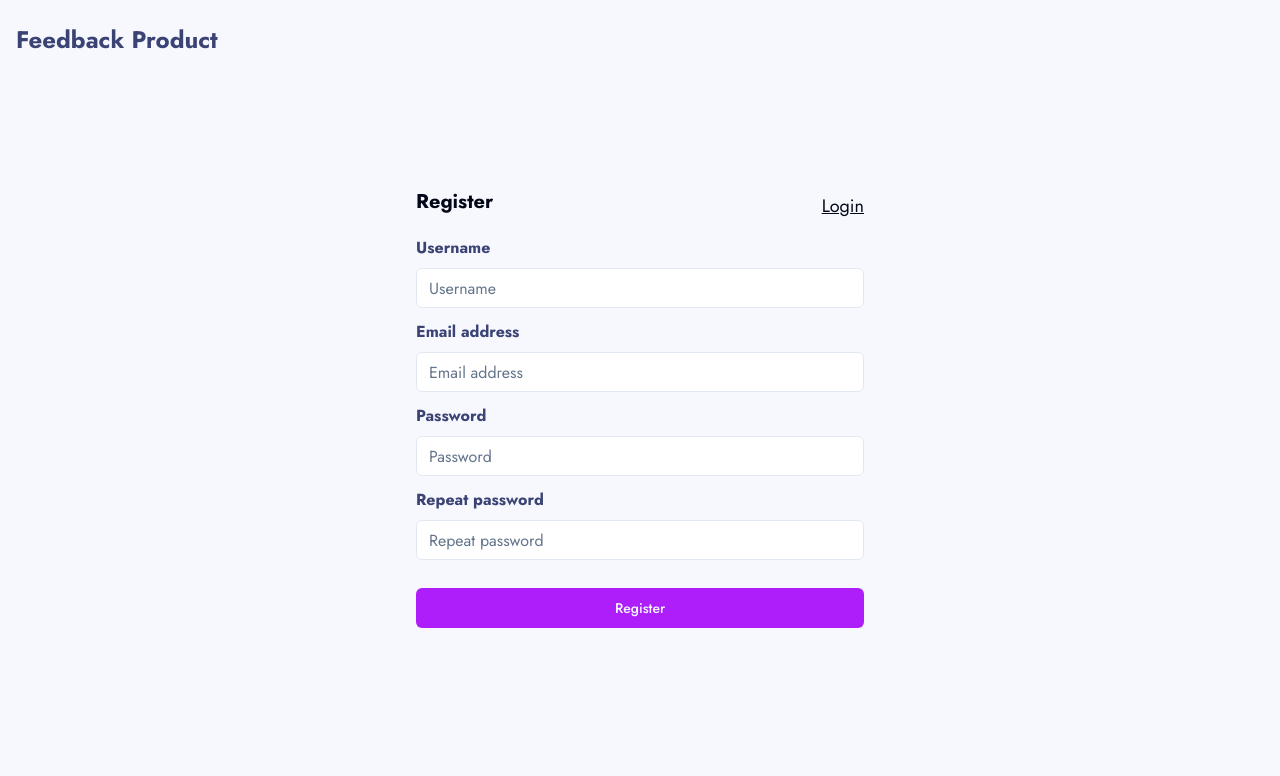
Repository: KornelJanczak/product-feedback-app
Page: /register
The author's editor kept a copy of each file at every save. The page is drawn from the files as they stood at one save, then again after the next save.
The browser window is 1280 px wide. The pictures show the whole page.
The page's requests for data from a server got no answer. The project was rebuilt for these pictures with package versions that can differ from the ones it lists, and the page was loaded fresh each time. The framework's server and built-in components were replaced by stand-ins that run in the browser. No one was signed in, and anything a server would have sent is missing. Also part of the build but not shown: next.config.js, next.config.mjs.

Above is the page before, as saved 2024-01-28 19:49:07.

### app/layout.tsx
import type { Metadata } from "next";
import { Jost } from "next/font/google";
import { Toaster } from "sonner";
import "./globals.css";
import { authOptions } from "@/app/api/auth/[...nextauth]/options";
import { getServerSession } from "next-auth";
import AuthProvider from "@/providers/session-provider";

export const jost = Jost({
  subsets: ["latin"],
});

export const metadata: Metadata = {
  title: "Product Feedback",
  description: "Create your own section!",
};

export default async function RootLayout({
  children,
}: Readonly<{
  children: React.ReactNode;
}>) {
  const session = await getServerSession(authOptions);

  return (
    <html lang="en">
      <body
        className={`${jost.className} bg-darkWhite`}
        suppressHydrationWarning={true}
      >
        <AuthProvider session={session}>
          <Toaster position="top-center" />
          {children}
        </AuthProvider>
      </body>
    </html>
  );
}

### app/(auth)/layout.tsx
import { ReactNode } from "react";

export default function Layout({ children }: { children: ReactNode }) {
  return (
    <>
      <header className="container text-2xl font-bold text-secondDark pt-6">
        <h2>Feedback Product</h2>
      </header>
      {children}
    </>
  );
}

### app/(auth)/register/page.tsx
import FormAuth from "../_components/register-form";

export default function RegisterPage() {
  return <FormAuth />;
}

### app/globals.css
@tailwind base;
@tailwind components;
@tailwind utilities;

* {
  margin: 0;
  padding: 0;
}

@layer base {
  :root {
    --background: 0 0% 100%;
    --foreground: 222.2 84% 4.9%;

    --card: 0 0% 100%;
    --card-foreground: 222.2 84% 4.9%;

    --popover: 0 0% 100%;
    --popover-foreground: 222.2 84% 4.9%;

    --primary: 222.2 47.4% 11.2%;
    --primary-foreground: 210 40% 98%;

    --secondary: 210 40% 96.1%;
    --secondary-foreground: 222.2 47.4% 11.2%;

    --muted: 210 40% 96.1%;
    --muted-foreground: 215.4 16.3% 46.9%;

    --accent: 210 40% 96.1%;
    --accent-foreground: 222.2 47.4% 11.2%;

    --destructive: 0 84.2% 60.2%;
    --destructive-foreground: 210 40% 98%;

    --border: 214.3 31.8% 91.4%;
    --input: 214.3 31.8% 91.4%;
    --ring: 222.2 84% 4.9%;

    --radius: 0.5rem;
  }

  .dark {
    --background: 222.2 84% 4.9%;
    --foreground: 210 40% 98%;

    --card: 222.2 84% 4.9%;
    --card-foreground: 210 40% 98%;

    --popover: 222.2 84% 4.9%;
    --popover-foreground: 210 40% 98%;

    --primary: 210 40% 98%;
    --primary-foreground: 222.2 47.4% 11.2%;

    --secondary: 217.2 32.6% 17.5%;
    --secondary-foreground: 210 40% 98%;

    --muted: 217.2 32.6% 17.5%;
    --muted-foreground: 215 20.2% 65.1%;

    --accent: 217.2 32.6% 17.5%;
    --accent-foreground: 210 40% 98%;

    --destructive: 0 62.8% 30.6%;
    --destructive-foreground: 210 40% 98%;

    --border: 217.2 32.6% 17.5%;
    --input: 217.2 32.6% 17.5%;
    --ring: 212.7 26.8% 83.9%;
  }
}

@layer base {
  * {
    @apply border-border;
  }
  body {
    @apply bg-background text-foreground;
  }
}

### app/api/auth/[...nextauth]/options.ts
import NextAuth, { NextAuthOptions } from "next-auth";
import GithubProvider from "next-auth/providers/github";
import CredentialsProvider from "next-auth/providers/credentials";
import { PrismaAdapter } from "@next-auth/prisma-adapter";
import bcryptjs from "bcryptjs";
import prisma from "@/lib/db";

export const authOptions: NextAuthOptions = {
  adapter: PrismaAdapter(prisma),
  session: {
    strategy: "jwt",
  },
  secret: process.env.NEXTAUTH_SECRET,
  pages: {
    signIn: "/login",
  },
  providers: [
    GithubProvider({
      clientId: process.env.GITHUB_ID as string,
      clientSecret: process.env.GITHUB_SECRET as string,
    }),
    CredentialsProvider({
      name: "credentials",
      credentials: {},
      async authorize(credentials) {
        try {
          const { email, password } = credentials as {
            email: string;
            password: string;
          };

          console.log(email, password);
          const user = await prisma?.user.findFirst({
            where: {
              email,
            },
          });

          if (!user) return null;

          const passwordMatch = await bcryptjs.compare(
            password,
            user.password as string
          );

          if (!passwordMatch) return null;

          return user;
        } catch {
          return null;
        }
      },
    }),
  ],
  callbacks: {
    async signIn({ user, account }) {
      if (account?.provider == "credentials") return user;

      if (account?.provider === "github") {
        try {
          const existingUser = await prisma.user.findFirst({
            where: {
              email: user.email as string,
            },
          });

          if (existingUser) return existingUser;

          const newUser = await prisma.user.create({
            data: {
              userName: user.name!,
              email: user.email!,
            },
          });

          return newUser as any;
        } catch {
          return false;
        }
      }
    },
    async jwt({ token }) {
      const dbUser = await prisma.user.findFirst({
        where: {
          email: token.email as string,
        },
      });

      if (!dbUser) return token;

      return {
        id: dbUser.id,
        email: dbUser.email,
        name: dbUser.userName,
      };
    },

    async session({ token, session }) {
      if (token) {
        return {
          ...session,
          user: {
            email: token.email,
            name: token.name,
            id: token.id,
          },
        };
      }
      return session;
    },
    async redirect({ url, baseUrl }) {
      // if (url.startsWith("/")) return `${baseUrl}`;
      // // Allows callback URLs on the same origin
      // else if (new URL(url).origin === baseUrl) return baseUrl;
      // return baseUrl;
      return "/";
    },
  },
};

export default NextAuth(authOptions);

### providers/session-provider.tsx
"use client";
import { SessionProvider } from "next-auth/react";
import { ReactNode } from "react";
export default function AuthProvider({
  children,
  session,
}: {
  children: ReactNode;
  session: any;
}) {
  return <SessionProvider session={session}>{children}</SessionProvider>;
}

### app/(auth)/_components/register-form.tsx
"use client";
import createUser from "@/server-actions/create-user";
import { registerFormSchema } from "@/models/@auth-schema";
import { zodResolver } from "@hookform/resolvers/zod";
import { useForm, SubmitHandler } from "react-hook-form";
import SubmitBtn from "./submit-btn";
import {
  Form,
  FormControl,
  FormField,
  FormItem,
  FormLabel,
  FormMessage,
} from "@/components/ui/form";
import { Input } from "@/components/ui/input";
import * as z from "zod";
import { useRouter } from "next/navigation";
import { toast } from "sonner";
import { useState } from "react";

type Inputs = z.infer<typeof registerFormSchema>;

export default function RegisterForm() {
  const router = useRouter();
  const [pending, setPending] = useState<boolean>(false);

  const form = useForm<z.infer<typeof registerFormSchema>>({
    resolver: zodResolver(registerFormSchema),
    resetOptions: {
      keepTouched: true,
    },
    defaultValues: {
      username: "",
      email: "",
      password: "",
      repeatPassword: "",
    },
  });

  const processForm: SubmitHandler<Inputs> = async (data) => {
    setPending(true);
    try {
      const user = await createUser(data);
      if (!user) toast.error("Something went wrong");
      toast.success("Your account has been registered!");
      router.push("/login");
    } catch {
      toast.error("Something went wrong");
    } finally {
      form.reset();
      setPending(false);
    }
  };

  return (
    <section className="container h-screen flex items-center justify-center pb-4 ">
      <Form {...form}>
        <form
          className="max-w-md w-full"
          onSubmit={form.handleSubmit(processForm)}
        >
          <div className="flex justify-between items-center">
            <h3 className="font-bold text-xl pb-2">Register</h3>
            <span
              className="text-lg cursor-pointer underline hover:transition duration-300"
              onClick={() => router.push("/login")}
            >
              Login
            </span>
          </div>
          <FormField
            control={form.control}
            name="username"
            render={({ field }) => (
              <FormItem className="pt-2 md:pt-3">
                <FormLabel className="md:text-base">Username</FormLabel>
                <FormControl>
                  <Input
                    placeholder="Username"
                    {...field}
                    className="md:text-base"
                    type="text"
                    required
                  />
                </FormControl>
                <FormMessage className="md:text-base" />
              </FormItem>
            )}
          />
          <FormField
            control={form.control}
            name="email"
            render={({ field }) => (
              <FormItem className="pt-2 md:pt-3">
                <FormLabel className="md:text-base">Email address</FormLabel>
                <FormControl>
                  <Input
                    placeholder="Email address"
                    {...field}
                    className="md:text-base"
                    type="email"
                    required
                  />
                </FormControl>
                <FormMessage className="md:text-base" />
              </FormItem>
            )}
          />
          <FormField
            control={form.control}
            name="password"
            render={({ field }) => (
              <FormItem className="pt-2 md:pt-3">
                <FormLabel className="md:text-base">Password</FormLabel>
                <FormControl>
                  <Input
                    placeholder="Password"
                    {...field}
                    className="md:text-base"
                    type="password"
                    required
                  />
                </FormControl>
                <FormMessage className="md:text-base" />
              </FormItem>
            )}
          />
          <FormField
            control={form.control}
            name="repeatPassword"
            render={({ field }) => (
              <FormItem className="pt-2 md:pt-3">
                <FormLabel className="md:text-base">Repeat password</FormLabel>
                <FormControl>
                  <Input
                    placeholder="Repeat password"
                    {...field}
                    className="md:text-base"
                    type="password"
                    required
                  />
                </FormControl>
                <FormMessage className="md:text-base" />
              </FormItem>
            )}
          />
          <SubmitBtn pending={pending}>Register</SubmitBtn>
        </form>
      </Form>
    </section>
  );
}

### server-actions/create-user.ts
"use server";
import { registerFormSchema } from "@/models/@auth-schema";
import prisma from "@/lib/db";
import * as z from "zod";
import bcryptjs from "bcryptjs";

type Inputs = z.infer<typeof registerFormSchema>;
export default async function createUser(values: Inputs) {
  try {
    const validateFields = registerFormSchema.safeParse(values);

    if (!validateFields.success)
      return { error: validateFields.error.flatten().fieldErrors };

    const existingUser = await prisma.user.findFirst({
      where: {
        email: values.email,
      },
    });

    if (existingUser) throw new Error("User already existing!");

    const hashPass = await bcryptjs.hash(values.password, 10);

    const user = await prisma.user.create({
      data: {
        userName: values.username,
        email: values.email,
        password: hashPass,
      },
    });
    return user;
  } catch (err) {
    throw new Error("Failed to create account!");
  }
}

### models/@auth-schema.ts
import * as z from "zod";

const validation = {
  email: z.string().email({ message: "Email must contain @ symbol." }),
  password: z
    .string()
    .min(5, { message: "Password must contain at lesat 5 symbol" })
    .regex(/[A-Z]/, {
      message: "Password must contain at least one uppercase letter.",
    })
    .regex(/[a-z]/, {
      message: "Password must contain at least one lowercase letter.",
    })
    .regex(/[0-9]/, { message: "Password must contain at least one digit." })
    .regex(/[@#$%^&+=!]/, {
      message: "Password must contain at least one special character.",
    }),
};

export const registerFormSchema = z
  .object({
    username: z.string().min(2, {
      message: "Username must be at least 2 characters.",
    }),
    ...validation,
    repeatPassword: z.string(),
  })
  .refine((data) => data.password === data.repeatPassword, {
    message: "Passwords do not match.",
  });

export const loginFormSchema = z.object({ ...validation });

### app/(auth)/_components/submit-btn.tsx
"use client";
import React from "react";
import ClipLoader from "react-spinners/ClipLoader";
import { Button } from "@/components/ui/button";
import { ReactNode } from "react";

interface SubmitBtnProps {
  className?: string;
  pending?: boolean;
  children: ReactNode;
}

const SubmitBtn: React.FC<SubmitBtnProps> = React.memo(
  ({ className, children, pending }) => {
    return (
      <Button
        className={`mt-5 w-full bg-pink hover:opacity-70 hover:bg-pink hover:transition duration-300 lg:mt-7 ${className}`}
        type="submit"
        aria-disabled={pending}
      >
        {pending ? <ClipLoader size={24} color="#3A4374" /> : children}
      </Button>
    );
  }
);

SubmitBtn.displayName = "SubmitBtn";

export default SubmitBtn;

### components/ui/input.tsx
import * as React from "react";

import { cn } from "@/lib/utils";

export interface InputProps
  extends React.InputHTMLAttributes<HTMLInputElement> {}

const Input = React.forwardRef<HTMLInputElement, InputProps>(
  ({ className, type, ...props }, ref) => {
    return (
      <input
        type={type}
        className={cn(
          "hover:border-blue focus:border-transparent text-grey flex h-10 w-full rounded-md border border-input bg-background px-3 py-2 text-sm ring-offset-background file:border-0 file:bg-transparent file:text-sm file:font-medium placeholder:text-muted-foreground focus-visible:outline-none focus-visible:ring-2 focus-visible:ring-ring focus-visible:ring-offset-2 disabled:cursor-not-allowed disabled:opacity-50",
          className
        )}
        ref={ref}
        {...props}
      />
    );
  }
);
Input.displayName = "Input";

export { Input };

### components/ui/button.tsx
import * as React from "react";
import { Slot } from "@radix-ui/react-slot";
import { cva, type VariantProps } from "class-variance-authority";

import { cn } from "@/lib/utils";

const buttonVariants = cva(
  "inline-flex items-center justify-center whitespace-nowrap rounded-md text-sm font-medium ring-offset-background transition-colors focus-visible:outline-none focus-visible:ring-2 focus-visible:ring-ring focus-visible:ring-offset-2 disabled:pointer-events-none disabled:opacity-50",
  {
    variants: {
      variant: {
        default: "bg-primary text-primary-foreground hover:bg-primary/90",
        destructive:
          "bg-destructive text-destructive-foreground hover:bg-destructive/90",
        outline:
          "border border-input bg-background hover:bg-accent hover:text-accent-foreground",
        secondary:
          "bg-secondary text-secondary-foreground hover:bg-secondary/80",
        ghost: "hover:bg-accent hover:text-accent-foreground",
        link: "text-primary underline-offset-4 hover:underline",
      },
      size: {
        default: "h-10 px-4 py-2",
        sm: "h-9 rounded-md px-3",
        lg: "h-11 rounded-md px-8",
        icon: "h-10 w-10",
      },
    },
    defaultVariants: {
      variant: "default",
      size: "default",
    },
  }
);

export interface ButtonProps
  extends React.ButtonHTMLAttributes<HTMLButtonElement>,
    VariantProps<typeof buttonVariants> {
  asChild?: boolean;
}

const Button = React.forwardRef<HTMLButtonElement, ButtonProps>(
  ({ className, variant, size, asChild = false, ...props }, ref) => {
    const Comp = asChild ? Slot : "button";
    return (
      <Comp
        className={cn(buttonVariants({ variant, size, className }))}
        ref={ref}
        {...props}
      />
    );
  }
);
Button.displayName = "Button";

export { Button, buttonVariants };

### components/ui/label.tsx
"use client"

import * as React from "react"
import * as LabelPrimitive from "@radix-ui/react-label"
import { cva, type VariantProps } from "class-variance-authority"

import { cn } from "@/lib/utils"

const labelVariants = cva(
  "text-sm font-medium leading-none peer-disabled:cursor-not-allowed peer-disabled:opacity-70"
)

const Label = React.forwardRef<
  React.ElementRef<typeof LabelPrimitive.Root>,
  React.ComponentPropsWithoutRef<typeof LabelPrimitive.Root> &
    VariantProps<typeof labelVariants>
>(({ className, ...props }, ref) => (
  <LabelPrimitive.Root
    ref={ref}
    className={cn(labelVariants(), className, "text-secondDark font-bold")}
    {...props}
  />
))
Label.displayName = LabelPrimitive.Root.displayName

export { Label }

### tailwind.config.ts
import type { Config } from "tailwindcss";

const config = {
  darkMode: ["class"],
  content: [
    "./pages/**/*.{ts,tsx}",
    "./components/**/*.{ts,tsx}",
    "./app/**/*.{ts,tsx}",
    "./src/**/*.{ts,tsx}",
  ],
  prefix: "",
  theme: {
    container: {
      center: true,
      padding: {
        DEFAULT: "1rem",
        sm: "1rem",
        lg: "4rem",
        xl: "5rem",
        "2xl": "6rem",
      },
      screens: {
        default: "1400px",
        "2xl": "1400px",
      },
    },
    extend: {
      // fontFamily: {
      //   jost: ["var(--jost)"],
      //   ...fontFamily.jost,
      // },
      colors: {
        border: "hsl(var(--border))",
        input: "hsl(var(--input))",
        ring: "hsl(var(--ring))",
        background: "hsl(var(--background))",
        foreground: "hsl(var(--foreground))",
        primary: {
          DEFAULT: "hsl(var(--primary))",
          foreground: "hsl(var(--primary-foreground))",
        },
        secondary: {
          DEFAULT: "hsl(var(--secondary))",
          foreground: "hsl(var(--secondary-foreground))",
        },
        destructive: {
          DEFAULT: "hsl(var(--destructive))",
          foreground: "hsl(var(--destructive-foreground))",
        },
        muted: {
          DEFAULT: "hsl(var(--muted))",
          foreground: "hsl(var(--muted-foreground))",
        },
        accent: {
          DEFAULT: "hsl(var(--accent))",
          foreground: "hsl(var(--accent-foreground))",
        },
        popover: {
          DEFAULT: "hsl(var(--popover))",
          foreground: "hsl(var(--popover-foreground))",
        },
        card: {
          DEFAULT: "hsl(var(--card))",
          foreground: "hsl(var(--card-foreground))",
        },
        pink: "#AD1EFA",
        blue: "#4661E6",
        lighterBlue: "#62BCFA",
        dark: "rgb(55, 63, 104)",
        secondDark: "#3A4374",
        grey: "#647196",
        orange: "#F49F85",
        basicWhite: "#ffffff",
        middleWhite: "#F2F4FF",
        darkWhite: "#F7F8FD",
      },
      borderRadius: {
        lg: "var(--radius)",
        md: "calc(var(--radius) - 2px)",
        sm: "calc(var(--radius) - 4px)",
      },
      keyframes: {
        "accordion-down": {
          from: { height: "0" },
          to: { height: "var(--radix-accordion-content-height)" },
        },
        "accordion-up": {
          from: { height: "var(--radix-accordion-content-height)" },
          to: { height: "0" },
        },
      },
      animation: {
        "accordion-down": "accordion-down 0.2s ease-out",
        "accordion-up": "accordion-up 0.2s ease-out",
      },
    },
  },
  plugins: [require("tailwindcss-animate")],
} satisfies Config;

export default config;

Loaded but not shown: lib/db.ts (common file); lib/utils.ts (common file); components/ui/form.tsx (176 lines, source omitted)

After the next save:
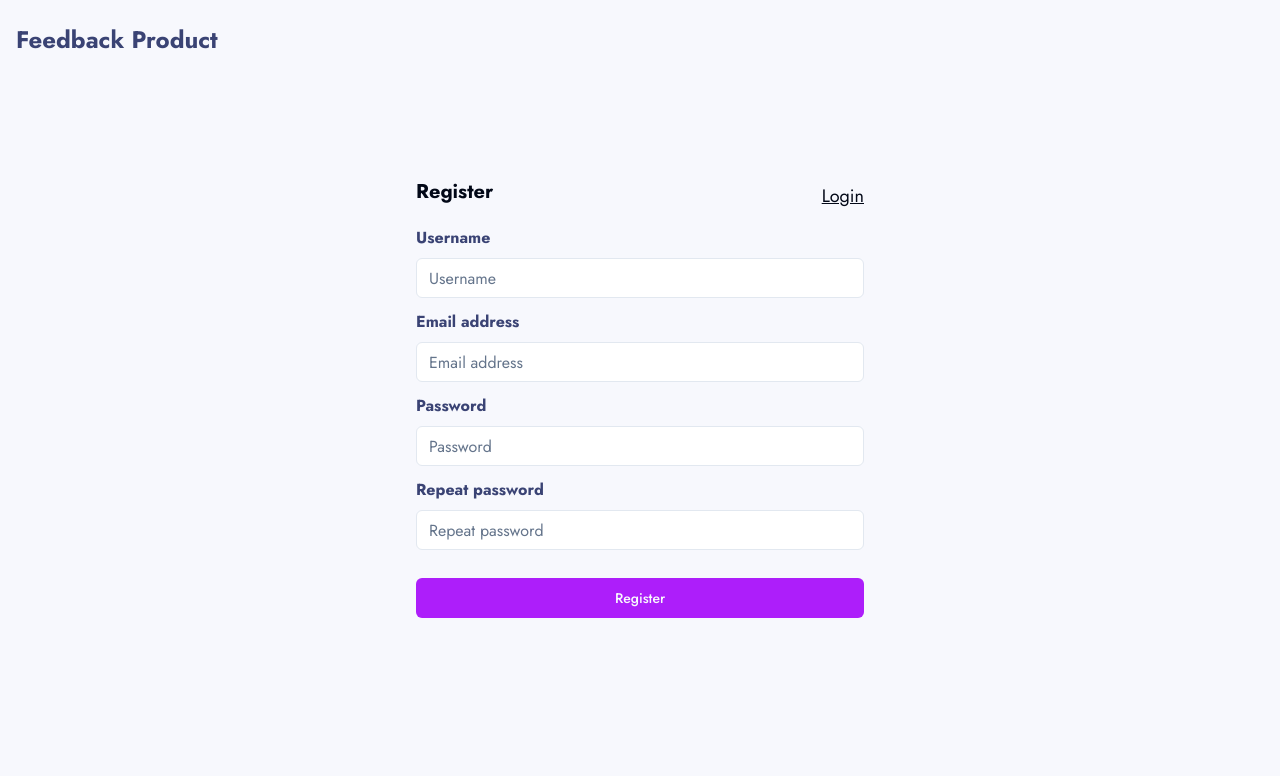
Saved 5 s later.
--- a/app/(auth)/_components/register-form.tsx
+++ b/app/(auth)/_components/register-form.tsx
@@ -53,7 +53,7 @@ export default function RegisterForm() {
   };
 
   return (
-    <section className="container h-screen flex items-center justify-center pb-4 ">
+    <section className="container h-screen flex items-center justify-center pb-9 ">
       <Form {...form}>
         <form
           className="max-w-md w-full"
